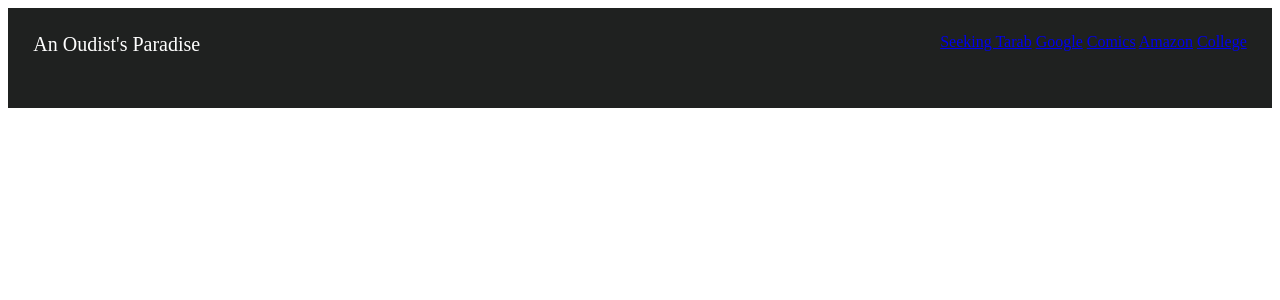
Repository: robvollmar/homework3
Page: index.html
The author's editor kept a record of every edit. The page is drawn from the files as they stood at one moment, then again after the next edit.
The browser window is 1280 px wide. The pictures show the whole page.

Above is the page before.

### index.html
<!DOCTYPE html>
<html>
    <head>
        <link type="text/css" rel="stylesheet" href="stylesheet.css"/>
        <title>An Oudist's Paradise</title>
    </head>
    <body>
        <div class="page">
            <div class="header">
                <div class="headertext">
                An Oudist's Paradise
                </div>

                <div class="headermenu">
                    <a href="http://oudstudent.tumblr.com">Seeking Tarab</a>
                    <a href="http://google.com">Google</a>
                    <a href="http://howlingatthegates.com">Comics</a>
                    <a href="http://amazon.com">Amazon</a>
                    <a href="http://usao.edu">College</a>
                </div>
            </div>
            <div class="body"></div>
            <div class="footer"></div>
        </div>
    </body>
</html>

### stylesheet.css
.page {
    max-width: 1280px;}
.header {
    width: 100%;
    height: 100px;
    background-color: #1F2120;
    }
.headertext {
    width:25%;
    height: 25px;
    color: white;
    font-size: 20px;
    margin-top:25px;
    margin-bottom:25px;
    float: left;
    margin-left: 2%;
}
.headermenu {
    width: 12%
    height: 25px;
    height: 25px;
    color: white;
    float: right;
    margin-right: 2%;
    margin-top:25px;
    margin-bottom:25px;
        }

After the next edit:
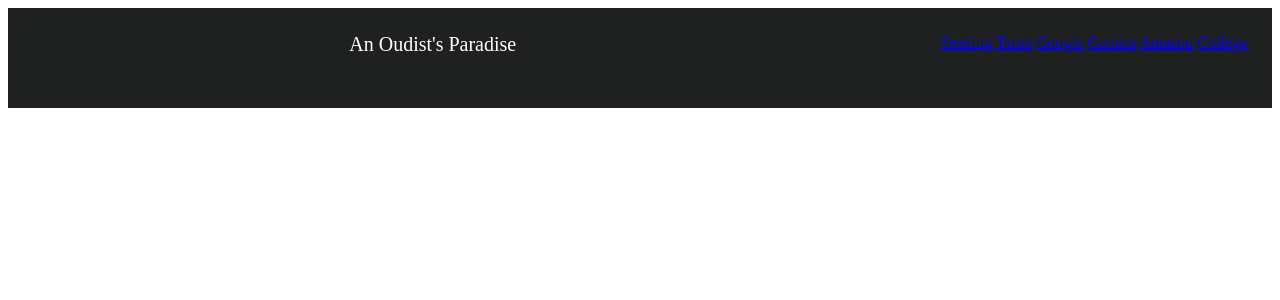
The edit:
--- a/stylesheet.css
+++ b/stylesheet.css
@@ -13,7 +13,7 @@
     margin-top:25px;
     margin-bottom:25px;
     float: left;
-    margin-left: 2%;
+    margin-left: 27%;
 }
 .headermenu {
     width: 12%
